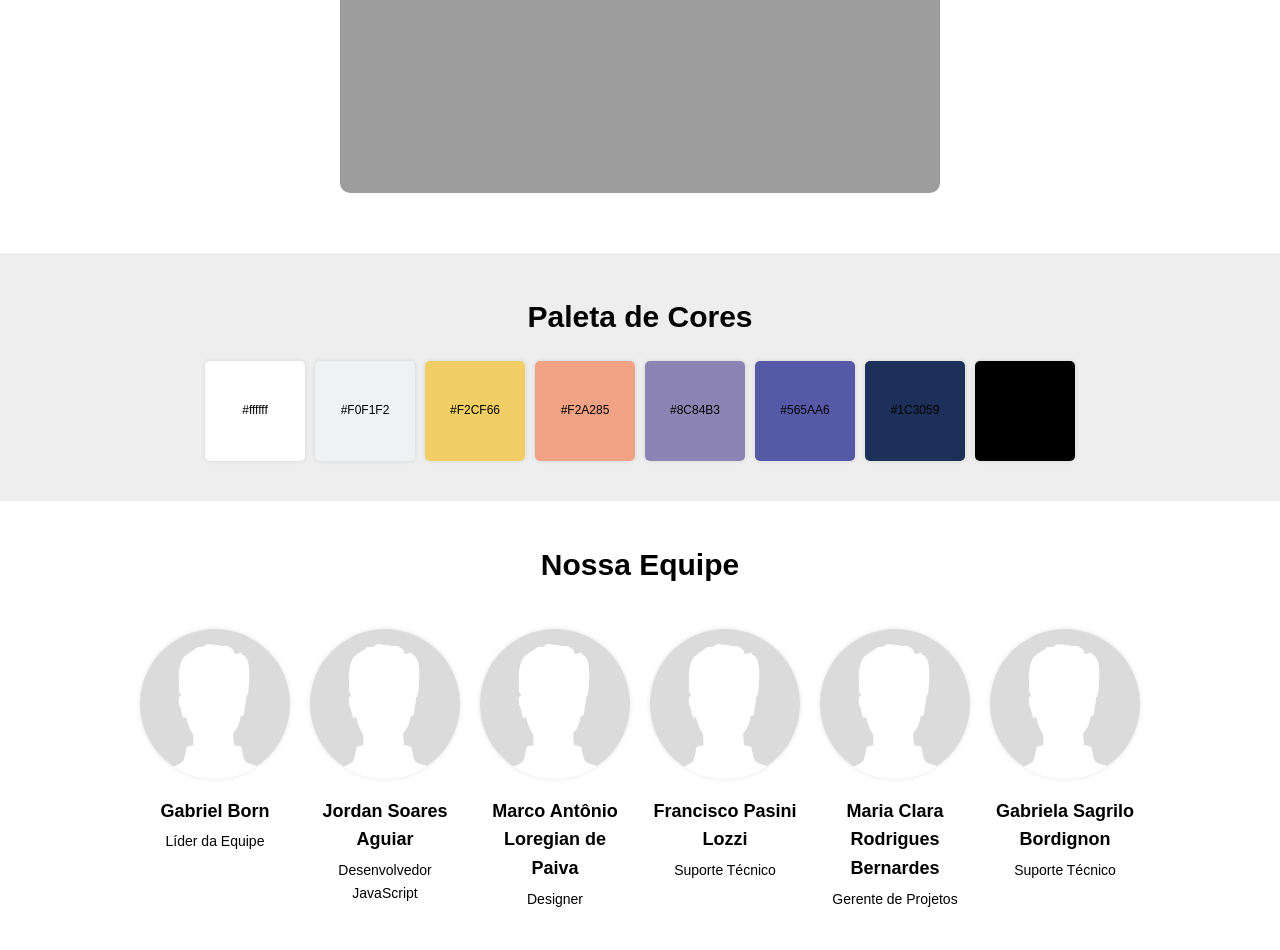
Repository: Gabrielb0rn/0EasyDesk.io
Page: about.html
These files come from the project's save history. The page is drawn as it stood at one moment and after the next save; the edit follows.
The browser window is 1280 px wide. The pictures show the part of the page from y = 743 to 1695 px (the page is 1693 px tall before and 1695 px after).
Pictures or frames that could not be fetched are drawn as grey boxes.

Above is the page before, as saved 2024-11-26 12:15:17.
Console error: TypeError: Cannot set properties of null (setting 'innerHTML')

After the next save:
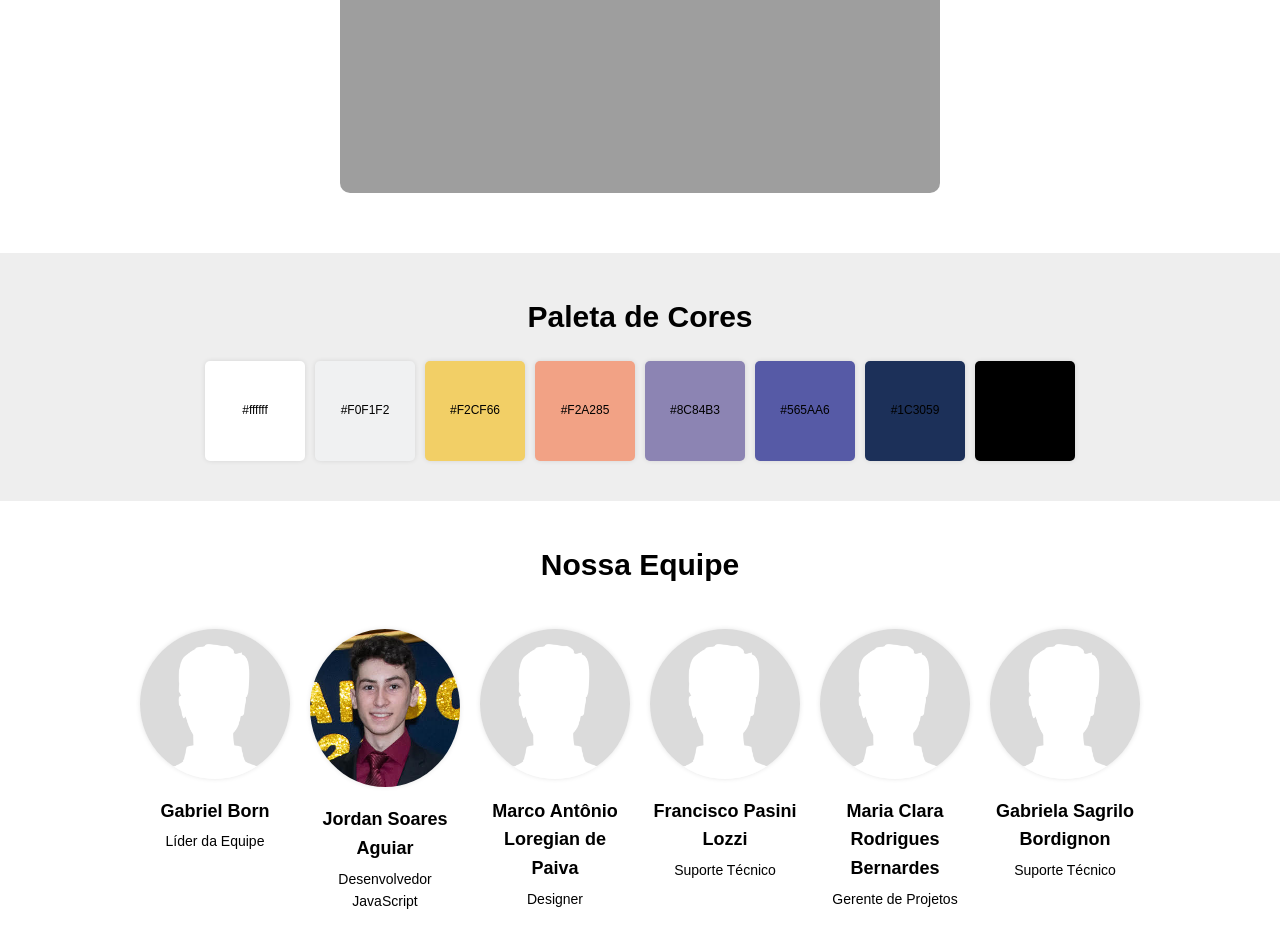
Saved 6 min 37 s later.
--- a/about.html
+++ b/about.html
@@ -85,7 +85,7 @@
 
                 </div>
                 <div class="member">
-                    <img src="assets\.css\images\members\v53_158.png" alt="Membro 1">
+                    <img src="assets\.css\images\members\jordan.jpg" alt="Membro 1">
                     <h3>Jordan Soares Aguiar</h3>
                     <p>Desenvolvedor JavaScript</p>
                 </div>
